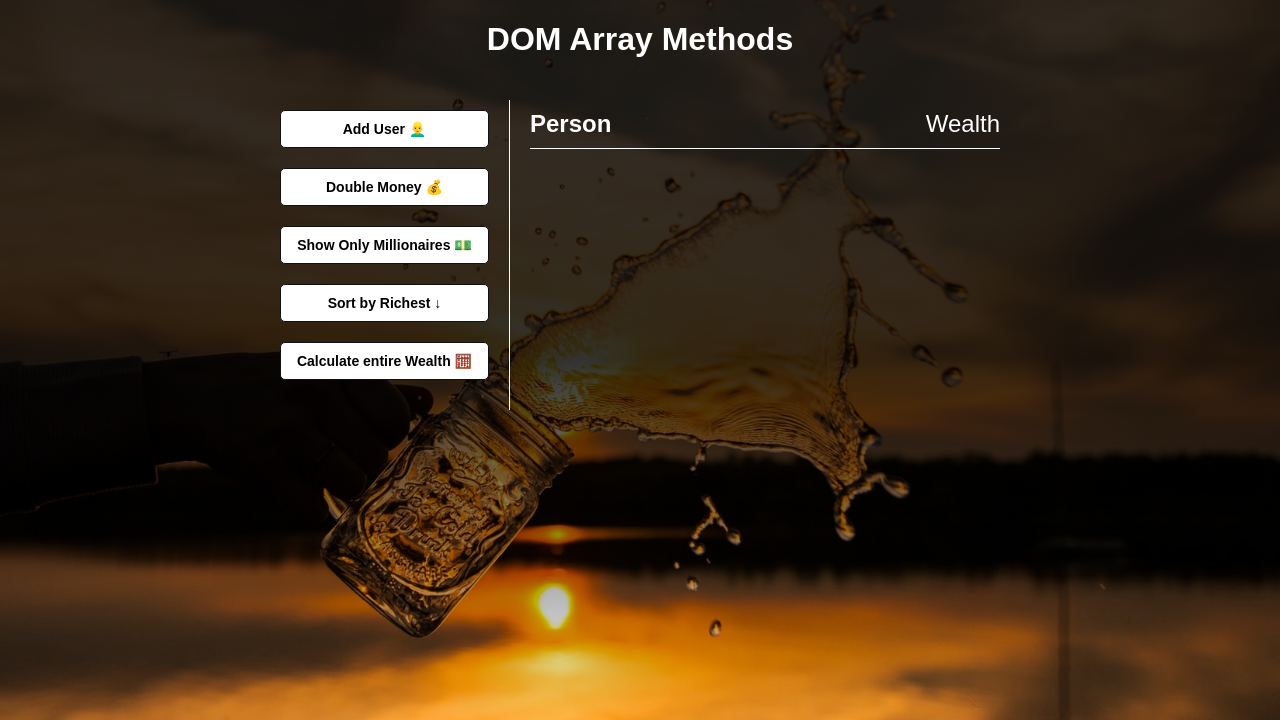
Repository: CAMPSLOPY/RandomUserInfoGenerator
Page: index.html
The author's editor kept a copy of each file at every save. The page is drawn from the files as they stood at one save, then again after the next save.
The browser window is 1280 px wide. The pictures show the whole page.

Above is the page before, as saved 2021-01-20 14:30:25.

After the next save:
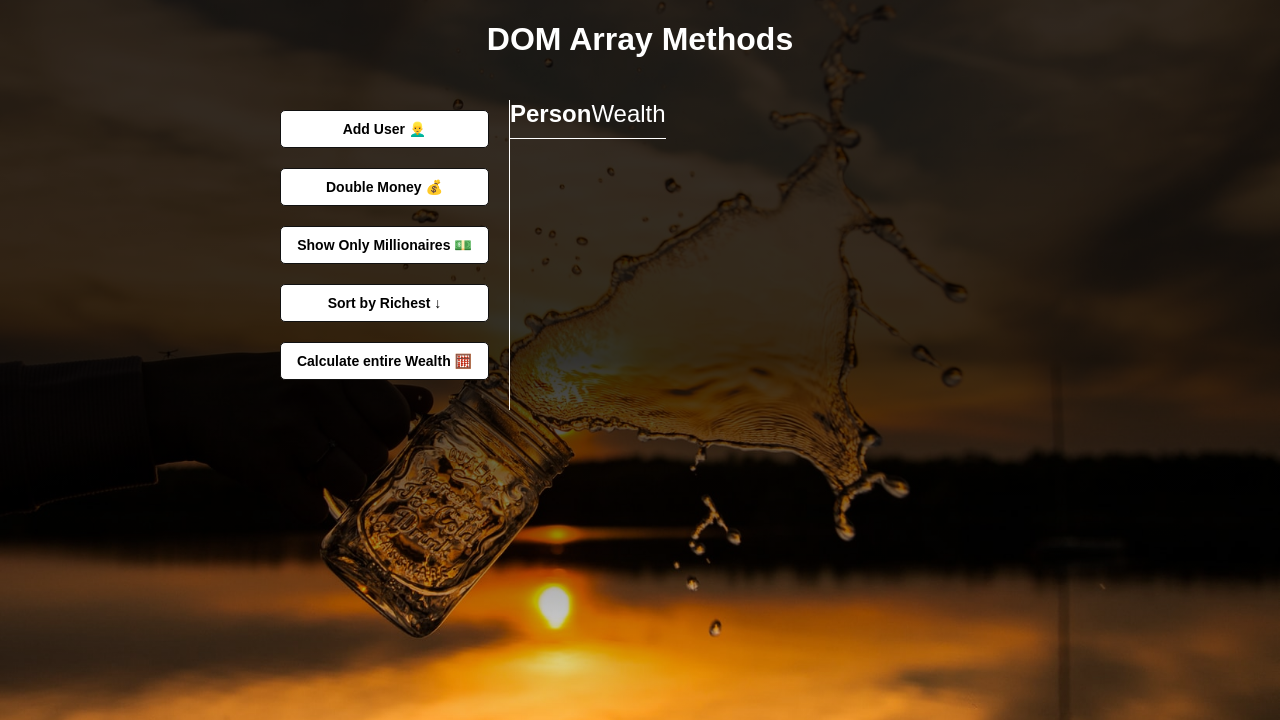
Saved 4 s later.
--- a/styles.css
+++ b/styles.css
@@ -47,7 +47,7 @@
   color: #fff;
   transition: 0.5s;
 }
-
+button:focus
 
 main {
   flex: 1;

After the save that followed:
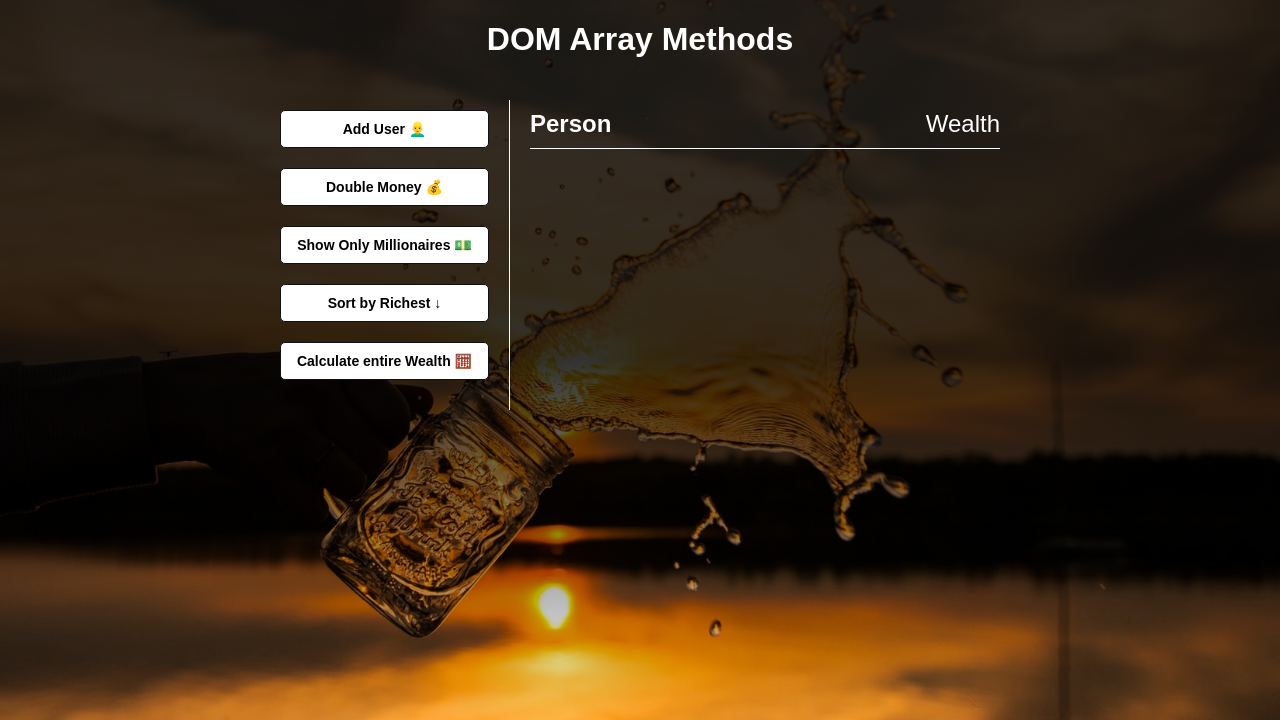
Saved 6 s later.
--- a/styles.css
+++ b/styles.css
@@ -47,7 +47,9 @@
   color: #fff;
   transition: 0.5s;
 }
-button:focus
+button:focus{
+  outline: none;
+}
 
 main {
   flex: 1;
